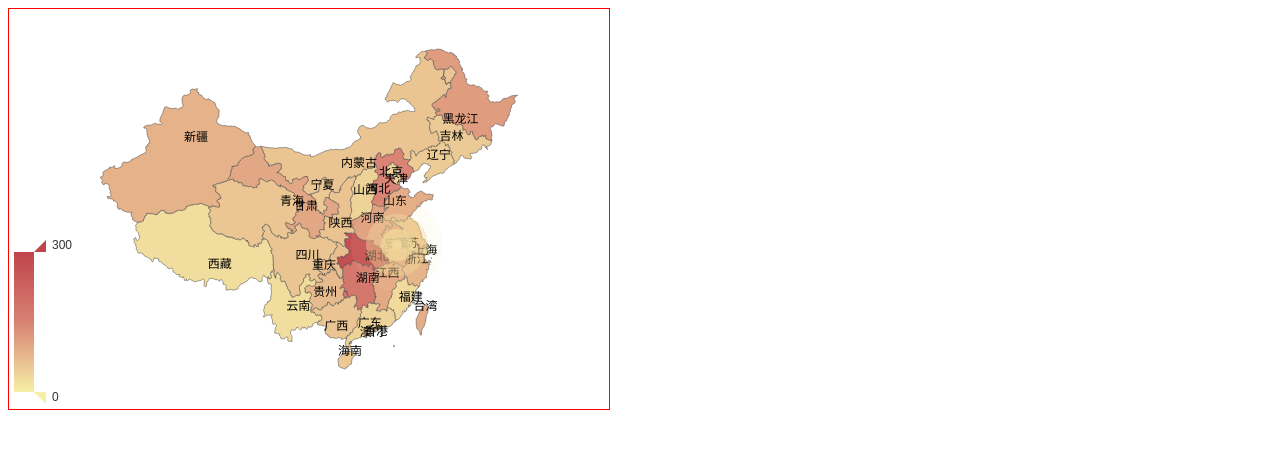
Repository: 572031690/echartssimple
Page: 21.地图常见效果_地图和散点图结合.html
These files come from the project's save history. The page is drawn as it stood at one moment and after the next save; the edit follows.
The browser window is 1280 px wide. The pictures show the whole page.

Above is the page before, as saved 2021-08-11 11:24:56.

After the next save:
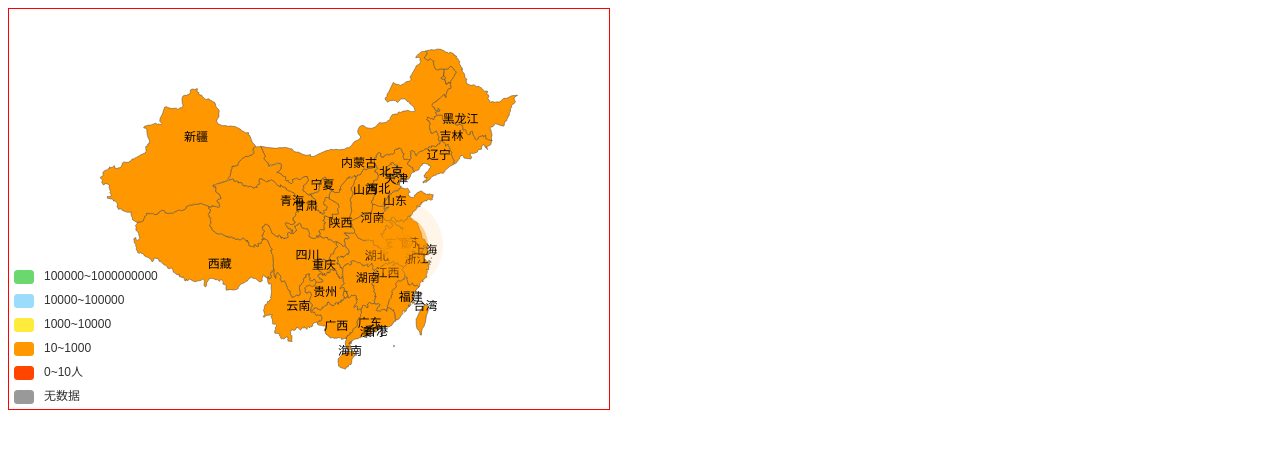
Saved 10 s later.
--- a/21.地图常见效果_地图和散点图结合.html
+++ b/21.地图常见效果_地图和散点图结合.html
@@ -107,7 +107,7 @@
             { value:0, label: "无数据", color: "#999" } // [0]
           ],
 
-          calculable: true // 出现滑块
+          // calculable: true // 出现滑块
         }
       }
       mCharts.setOption(option)

After the 2 saves that followed:
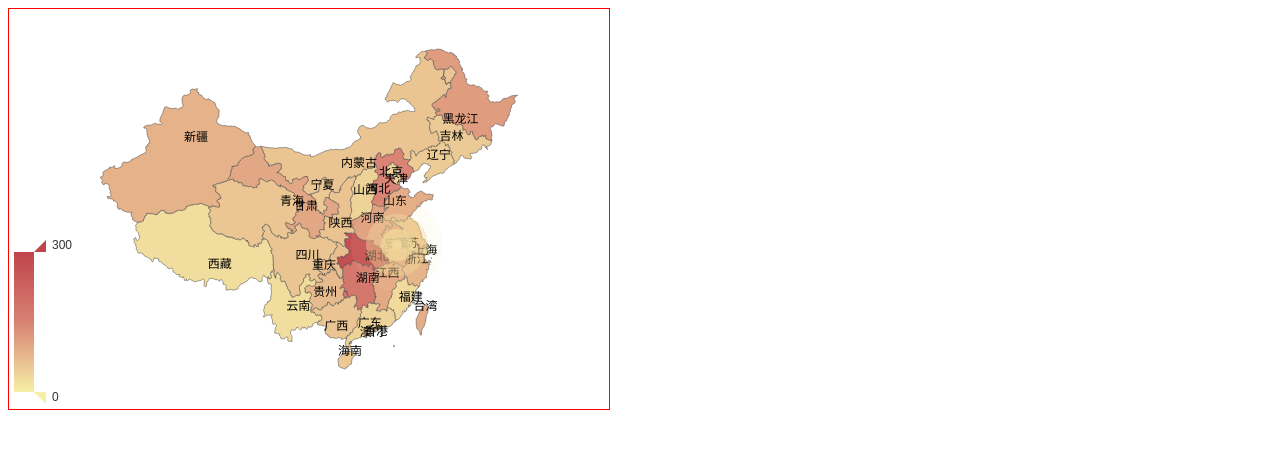
The 2 saves are shown as one change because 1 left the picture as it was.
The last was saved 21 s later.
--- a/21.地图常见效果_地图和散点图结合.html
+++ b/21.地图常见效果_地图和散点图结合.html
@@ -107,7 +107,7 @@
             { value:0, label: "无数据", color: "#999" } // [0]
           ],
 
-          // calculable: true // 出现滑块
+          calculable: true // 出现滑块
         }
       }
       mCharts.setOption(option)
